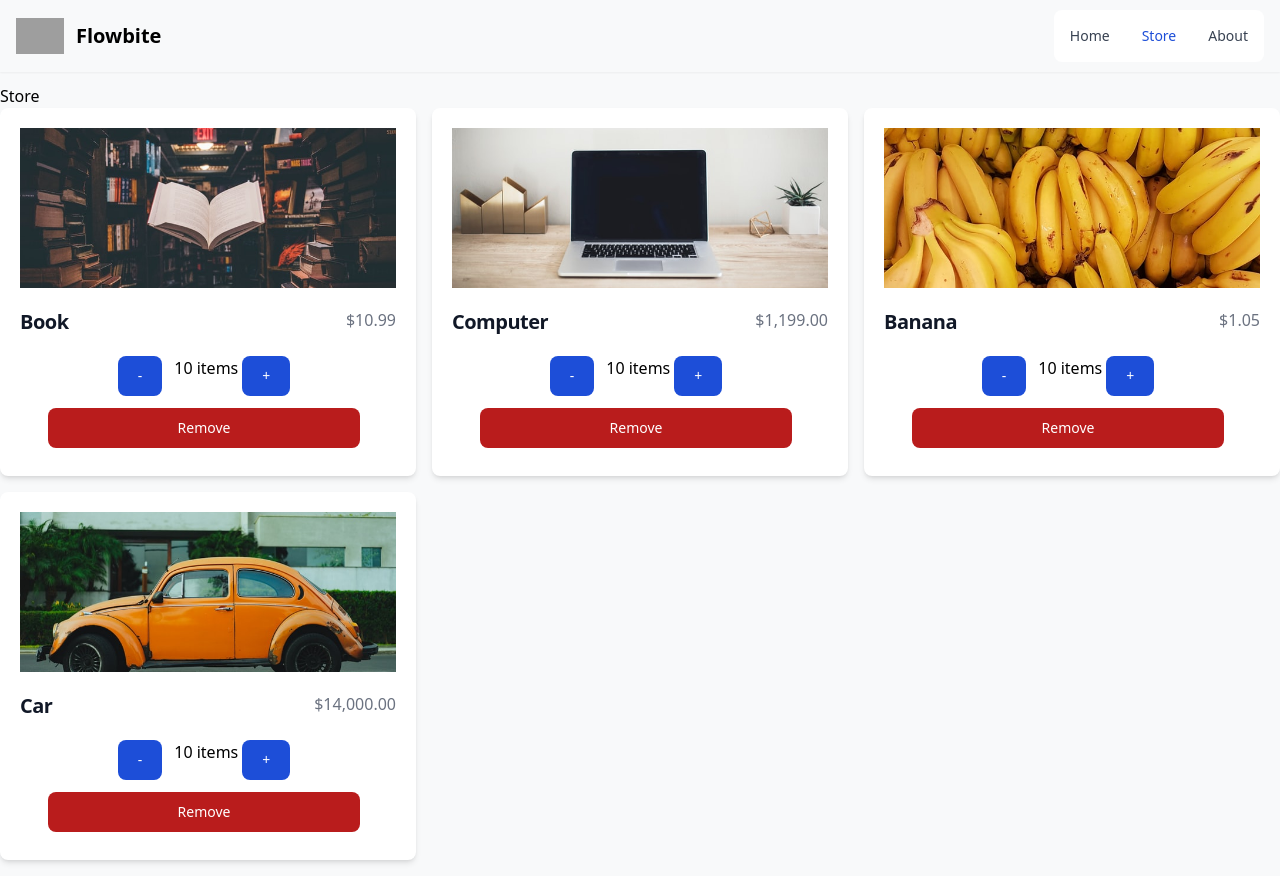
Repository: ducanhaep/react-ts-shopping-cart
Page: /store
An editor plug-in stored every save of this project. The page is shown before and after the next save, followed by the edit.
The browser window is 1280 px wide. The pictures show the whole page.
Pictures or frames that could not be fetched are drawn as grey boxes. The project was rebuilt for these pictures with package versions that can differ from the ones it lists, and the page was loaded fresh each time. Also part of the build but not shown: vite.config.ts, src/pages/About.js, src/pages/Home.js.

Above is the page before, as saved 2023-01-11 20:07:40.

### src/App.tsx
import { Routes, Route } from "react-router-dom";
import { About } from "./pages/About";
import { Home } from "./pages/Home";
import { Store } from "./pages/Store";
import { Navbar } from "./components/Navbar";
function App() {
  return (
    <>
      <Navbar />
      <div className="container mb-4">
        <Routes>
          <Route path="/" element={<Home />} />
          <Route path="/store" element={<Store />} />
          <Route path="/about" element={<About />} />
        </Routes>
      </div>
    </>
  );
}

export default App;

### src/index.css
@tailwind base;
@tailwind components;
@tailwind utilities;
:root {
  font-synthesis: none;
  text-rendering: optimizeLegibility;
  -webkit-font-smoothing: antialiased;
  -moz-osx-font-smoothing: grayscale;
  -webkit-text-size-adjust: 100%;
}

/* Box sizing rules */
*,
*::before,
*::after {
  box-sizing: border-box;
}

/* Remove default margin */
body,
h1,
h2,
h3,
h4,
p,
figure,
blockquote,
dl,
dd {
  margin: 0;
}

/* Remove list styles on ul, ol elements with a list role, which suggests default styling will be removed */
ul[role="list"],
ol[role="list"] {
  list-style: none;
}

/* Set core root defaults */
html:focus-within {
  scroll-behavior: smooth;
}

/* Set core body defaults */
body {
  min-height: 100vh;
  text-rendering: optimizeSpeed;
  line-height: 1.5;
  background-color: #f8f9fa;
}

input,
button,
textarea,
select {
  font: inherit;
}

### src/pages/Store.tsx
import { StoreItem } from "../components/StoreItem";
import storeItems from "../data/items.json";
export function Store() {
  return (
    <>
      <h1>Store</h1>
      <div className="grid grid-cols-1 md:grid-cols-3 2xl:grid-cols-4 gap-8 md:gap-4">
        {storeItems.map((item) => (
          <StoreItem {...item} key={item.id} />
        ))}
      </div>
    </>
  );
}

### src/components/Navbar.tsx
import { Link, NavLink } from "react-router-dom";
import { BsFillCartFill } from "react-icons/bs";

export function Navbar() {
  return (
    <div className="shadow-sm mb-3">
      <nav className="containerbg-white border-gray-200 px-2 sm:px-4 py-2.5 rounded dark:bg-gray-900">
        <div className="container flex flex-wrap items-center justify-between mx-auto">
          <a href="#" className="flex items-center">
            <img
              src="https://flowbite.com/docs/images/logo.svg"
              className="h-6 mr-3 sm:h-9"
              alt="Flowbite Logo"
            />
            <span className="self-center text-xl font-semibold whitespace-nowrap dark:text-white">
              Flowbite
            </span>
          </a>
          <button
            data-collapse-toggle="navbar-default"
            type="button"
            aria-controls="navbar-default"
            aria-expanded="false"
            className="relative md:hidden text-blue-700 hover:text-white border border-blue-700 hover:bg-blue-800 focus:outline-none  font-medium rounded-lg text-sm px-5 py-2.5 text-center mr-2 mb-2"
          >
            <BsFillCartFill />
            <div className="absolute inline-flex items-center justify-center w-6 h-6 text-xs font-bold text-white bg-red-500 border-2 border-white rounded-full -top-2 -right-2 dark:border-gray-900">
              20
            </div>
          </button>
          <div className="hidden w-full md:block md:w-auto" id="navbar-default">
            <ul className="flex flex-col p-4 mt-4 border border-gray-100 rounded-lg bg-gray-50 md:flex-row md:space-x-8 md:mt-0 md:text-sm md:font-medium md:border-0 md:bg-white dark:bg-gray-800 md:dark:bg-gray-900 dark:border-gray-700">
              <li>
                <NavLink
                  to="/"
                  className={({ isActive }) =>
                    isActive
                      ? "text-white bg-blue-700 rounded md:bg-transparent md:text-blue-700 md:p-0 dark:text-white"
                      : "block py-2 pl-3 pr-4 text-gray-700 rounded hover:bg-gray-100 md:hover:bg-transparent md:border-0 md:hover:text-blue-700 md:p-0 dark:text-gray-400 md:dark:hover:text-white dark:hover:bg-gray-700 dark:hover:text-white md:dark:hover:bg-transparent"
                  }
                  aria-current="page"
                >
                  Home
                </NavLink>
              </li>
              <li>
                <NavLink
                  to="store"
                  className={({ isActive }) =>
                    isActive
                      ? "text-white bg-blue-700 rounded md:bg-transparent md:text-blue-700 md:p-0 dark:text-white"
                      : "block py-2 pl-3 pr-4 text-gray-700 rounded hover:bg-gray-100 md:hover:bg-transparent md:border-0 md:hover:text-blue-700 md:p-0 dark:text-gray-400 md:dark:hover:text-white dark:hover:bg-gray-700 dark:hover:text-white md:dark:hover:bg-transparent"
                  }
                >
                  Store
                </NavLink>
              </li>
              <li>
                <NavLink
                  to="about"
                  className={({ isActive }) =>
                    isActive
                      ? "text-white bg-blue-700 rounded md:bg-transparent md:text-blue-700 md:p-0 dark:text-white"
                      : "block py-2 pl-3 pr-4 text-gray-700 rounded hover:bg-gray-100 md:hover:bg-transparent md:border-0 md:hover:text-blue-700 md:p-0 dark:text-gray-400 md:dark:hover:text-white dark:hover:bg-gray-700 dark:hover:text-white md:dark:hover:bg-transparent"
                  }
                >
                  About
                </NavLink>
              </li>
            </ul>
          </div>
        </div>
      </nav>
    </div>
  );
}

### src/components/StoreItem.tsx
import { Link } from "react-router-dom";
import { formatCurrency } from "../utilities/formatCurrency";

interface StoreItemProps {
  id: number;
  name: string;
  price: number;
  imgUrl: string;
}
export function StoreItem({ id, name, price, imgUrl }: StoreItemProps) {
  const quantity: number = 1;
  return (
    <div className="w-full bg-white rounded-lg shadow-md">
      <div className="">
        <Link to="#">
          <img
            src={imgUrl}
            alt="imgUrl"
            className="rounded-t-lg p-5 object-cover h-[200px] w-full"
          />
        </Link>
      </div>
      <div className="flex flex-col px-5">
        <div className="flex justify-between">
          <Link to="#">
            <h5 className="text-xl font-semibold tracking-tight text-gray-900">
              {name}
            </h5>
          </Link>
          <p className="text-gray-500 font-medium">{formatCurrency(price)}</p>
        </div>
        <div className="flex justify-center py-5">
          {quantity === 0 ? (
            <button
              type="button"
              className="text-white w-full bg-blue-700 hover:bg-blue-800 font-medium rounded-lg text-sm px-5 py-2.5 mr-2 mb-2 "
            >
              + Add To Cart
            </button>
          ) : (
            <div className="flex flex-col justify-center gap-1 w-80">
              <div className="flex justify-center gap-1">
                <button
                  type="button"
                  className="text-white bg-blue-700 hover:bg-blue-800 font-medium rounded-lg text-sm px-5 py-2.5 mr-2 mb-2 "
                >
                  -
                </button>
                <p className="basic-full">10 items</p>
                <button
                  type="button"
                  className="text-white bg-blue-700 hover:bg-blue-800 font-medium rounded-lg text-sm px-5 py-2.5 mr-2 mb-2 "
                >
                  +
                </button>
              </div>
              <button
                type="button"
                className="focus:outline-none text-white bg-red-700 hover:bg-red-800 font-medium rounded-lg text-sm px-5 py-2.5 mr-2 mb-2"
              >
                Remove
              </button>
            </div>
          )}
        </div>
      </div>
    </div>
  );
}

### src/data/items.json
[
	{
		"id": 1,
		"name": "Book",
		"price": 10.99,
		"imgUrl": "/imgs/book.jpg"
	},
	{
		"id": 2,
		"name": "Computer",
		"price": 1199,
		"imgUrl": "/imgs/computer.jpg"
	},
	{
		"id": 3,
		"name": "Banana",
		"price": 1.05,
		"imgUrl": "/imgs/banana.jpg"
	},
	{
		"id": 4,
		"name": "Car",
		"price": 14000,
		"imgUrl": "/imgs/car.jpg"
	}
]

### tailwind.config.cjs
/** @type {import('tailwindcss').Config} */
module.exports = {
  content: ["./index.html", "./src/**/*.{js,ts,jsx,tsx}"],
  theme: {
    container: {
      center: true,
    },
    extend: {
      colors: {
        "light-color": "#f8f9fa",
      },
    },
  },
  plugins: [],
};

Loaded but not shown: index.html (common file); src/main.tsx (common file); src/utilities/formatCurrency.ts (common file)

After the next save:
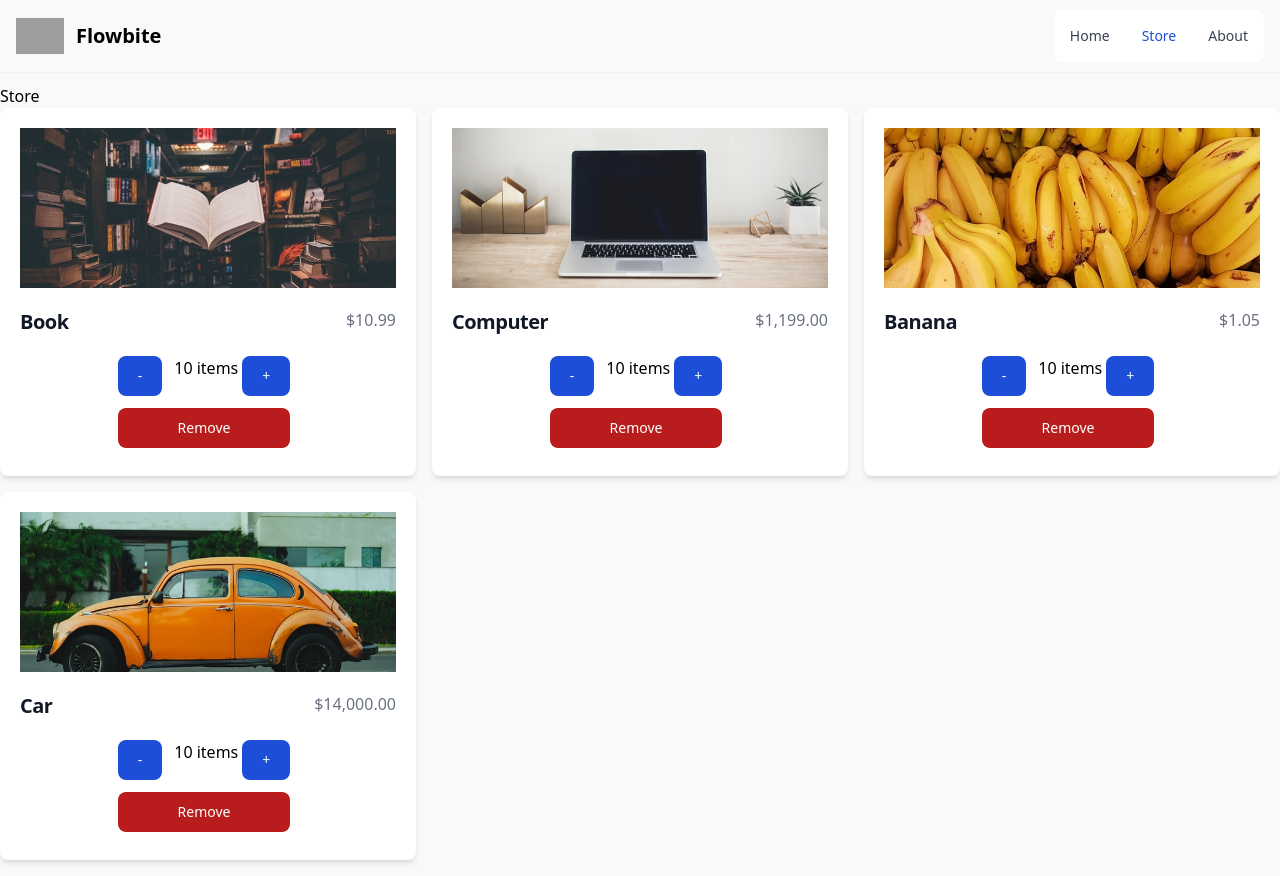
Saved 7 s later.
--- a/src/components/StoreItem.tsx
+++ b/src/components/StoreItem.tsx
@@ -38,7 +38,7 @@ export function StoreItem({ id, name, price, imgUrl }: StoreItemProps) {
               + Add To Cart
             </button>
           ) : (
-            <div className="flex flex-col justify-center gap-1 w-80">
+            <div className="flex flex-col justify-center gap-1">
               <div className="flex justify-center gap-1">
                 <button
                   type="button"
